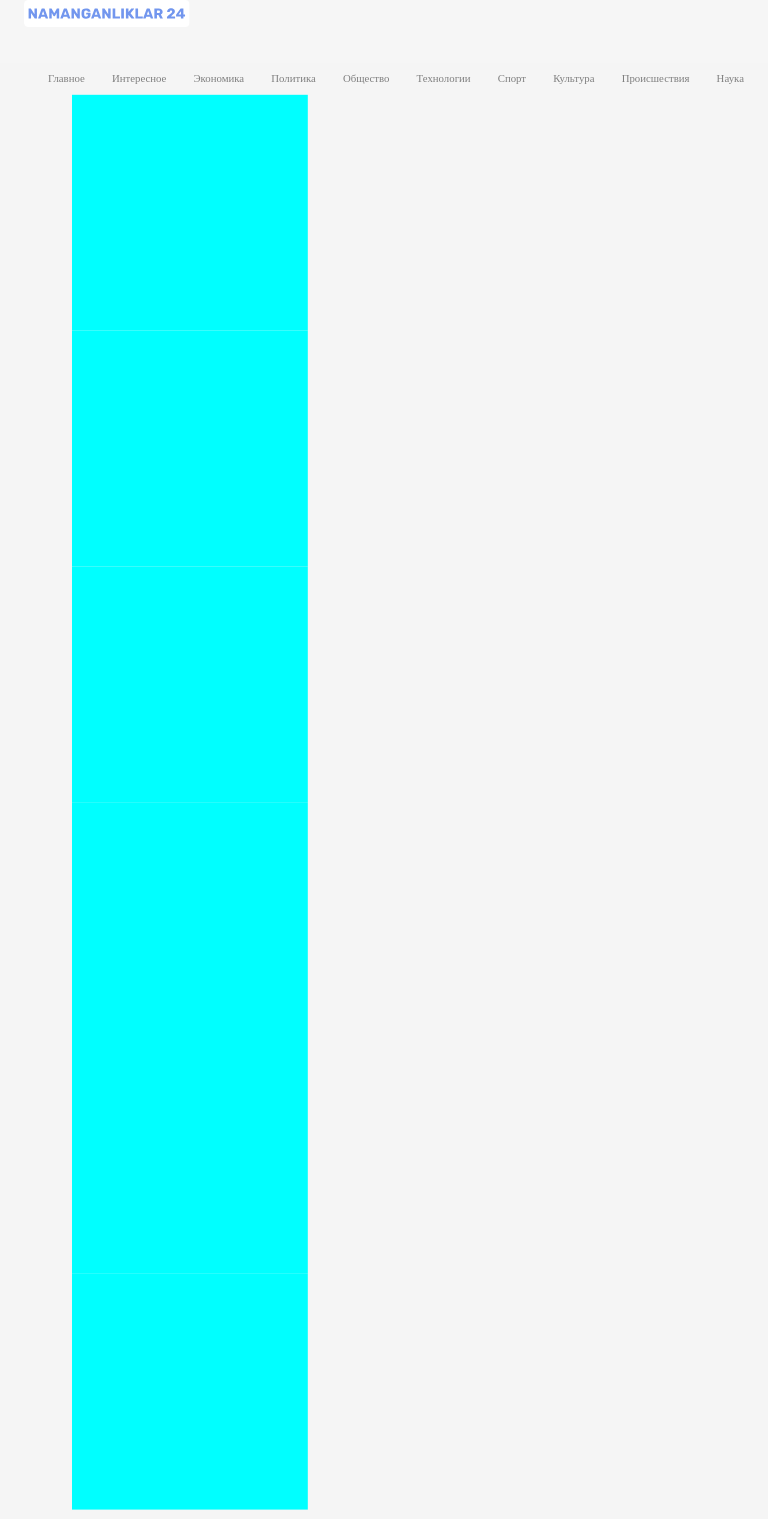
Repository: UlugbekAbdurasulov/projekt
Page: index.html
These files come from the project's save history. The page is drawn as it stood at one moment and after a run of saves; the edit follows.
The browser window is 1280 px wide. The pictures show the whole page, at 60% of full size.

Above is the page before, as saved 2023-05-29 16:18:58.

After the next 2 saves:
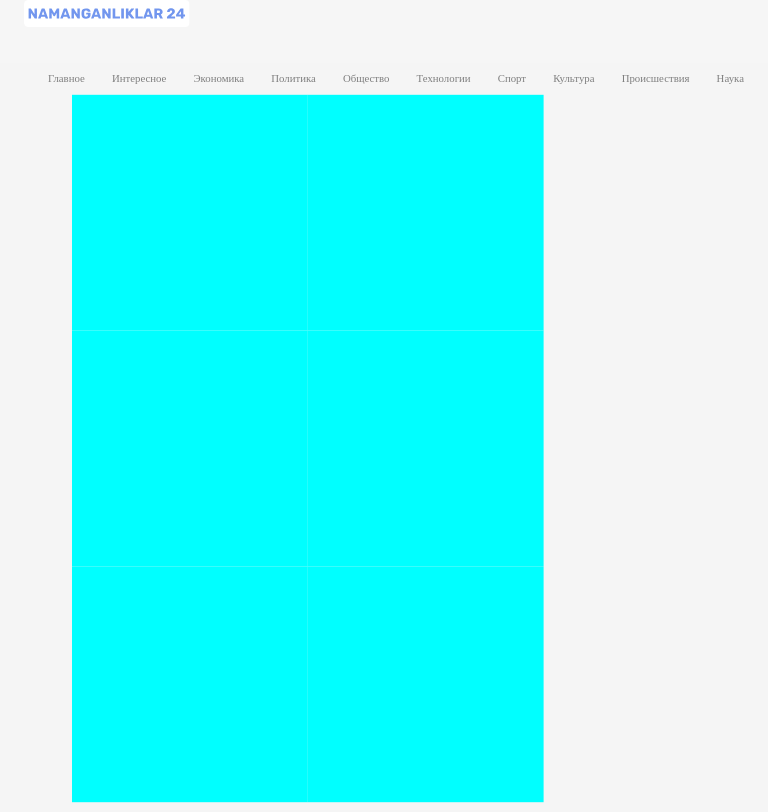
The 2 saves are shown as one change because they came seconds apart.
The last was saved 5 s later.
--- a/index.html
+++ b/index.html
@@ -35,7 +35,7 @@
       </ul>
 
       <menu>
-        <ul class="" information-box>
+        <ul class="information-box" >
             <li class="information"></li>
             <li class="information"></li>
             <li class="information"></li>
